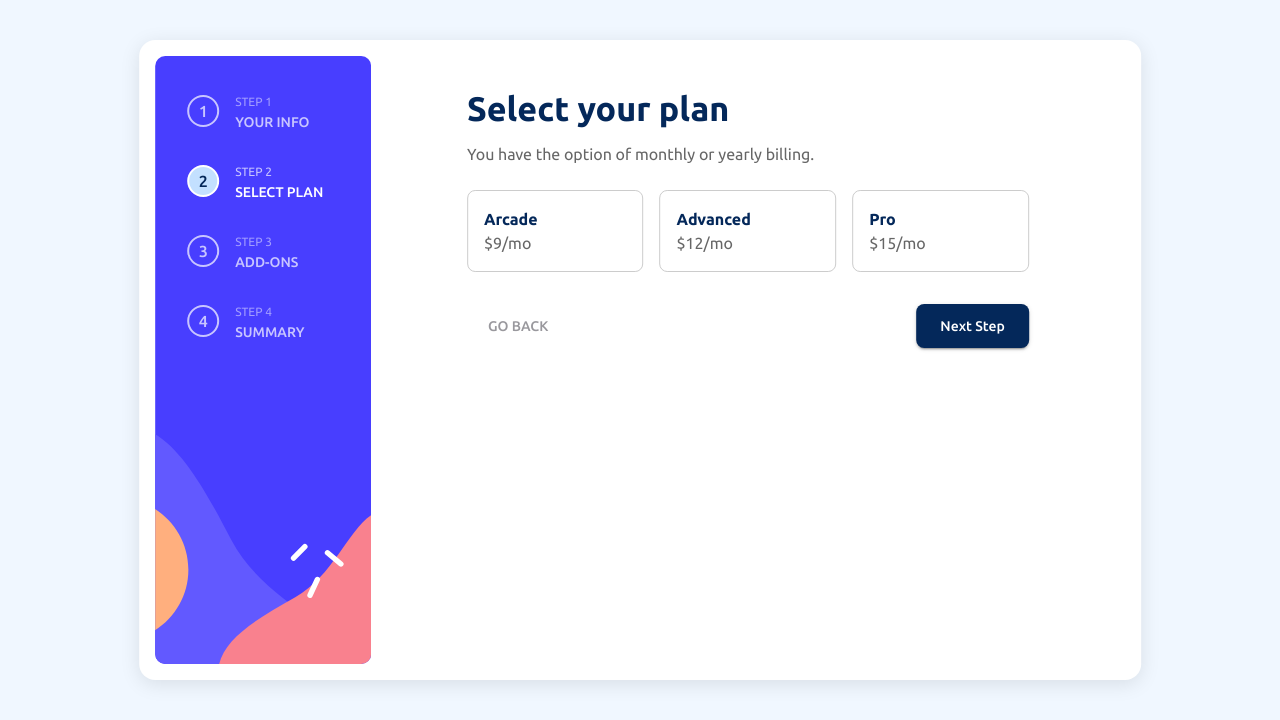
Repository: ozerrrs/chalange7days
Page: / (app in 7dayschalange/7dayschallange/), after clicking the first element matching `button.MuiButtonBase-root`
An editor plug-in stored every save of this project. The page is shown before and after the next save, followed by the edit.
The browser window is 1280 px wide. The pictures show the whole page.
The project was rebuilt for these pictures with package versions that can differ from the ones it lists, and the page was loaded fresh each time. Also part of the build but not shown: 7dayschalange/7dayschallange/vite.config.js.

Above is the page before, as saved 2025-03-05 15:27:03.

After the next save:
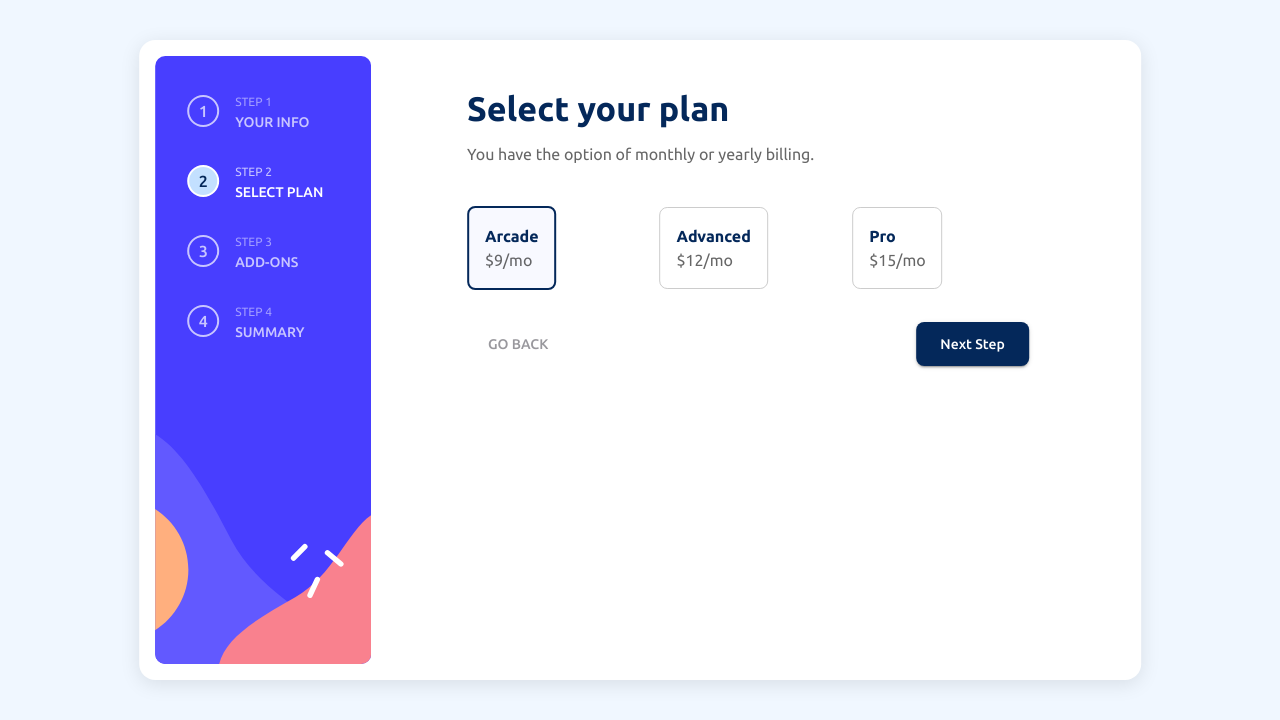
Saved 93 s later.
--- a/7dayschalange/7dayschallange/src/pages/firstPage.jsx
+++ b/7dayschalange/7dayschallange/src/pages/firstPage.jsx
@@ -11,6 +11,10 @@ import {
   Container,
   Grid,
   CssBaseline,
+  Radio,
+  RadioGroup,
+  FormControlLabel,
+  FormControl,
 } from "@mui/material";
 import { styled, ThemeProvider } from "@mui/material/styles";
 // Import the background image for the sidebar
@@ -61,6 +65,7 @@ const NextButton = styled(Button)(({ theme }) => ({
     backgroundColor: "#172b4d",
   },
 }));
+
 const StyledTextField = styled(TextField)(({ theme }) => ({
   marginBottom: theme.spacing(2),
   "& .MuiOutlinedInput-root": {
@@ -92,6 +97,20 @@ const StepItem = styled(Box)(({ theme, active }) => ({
   opacity: active ? 1 : 0.7,
 }));
 
+const PlanCard = styled(Box)(({ theme, selected }) => ({
+  padding: theme.spacing(2),
+  borderRadius: 8,
+  flex: 1,
+  border: selected ? "2px solid #04285a" : "1px solid #ccc",
+  backgroundColor: selected ? "#f8f9ff" : "transparent",
+  cursor: "pointer",
+  transition: "all 0.2s ease-in-out",
+  display: "flex",
+  "&:hover": {
+    borderColor: "#04285a",
+  },
+}));
+
 const steps = [
   { label: "YOUR INFO", description: "Personal details" },
   { label: "SELECT PLAN", description: "Choose your plan" },
@@ -105,6 +124,7 @@ function MultiStepForm() {
     name: "",
     email: "",
     phone: "",
+    plan: "arcade", // Default plan
   });
 
   const handleInputChange = (e) => {
@@ -112,6 +132,13 @@ function MultiStepForm() {
     setFormData({
       ...formData,
       [name]: value,
+    });
+  };
+
+  const handlePlanChange = (event) => {
+    setFormData({
+      ...formData,
+      plan: event.target.value,
     });
   };
 
@@ -197,52 +224,63 @@ function MultiStepForm() {
               You have the option of monthly or yearly billing.
             </Typography>
 
-            {/* Plan selection content will go here */}
-            <Box mt={3} sx={{ display: "flex", gap: 2 }}>
-              {/* Example plan cards would go here */}
-
-              <Box
-                sx={{
-                  p: 2,
-                  borderRadius: 2,
-                  flex: 1,
-                  border: "1px solid #ccc",
-                }}
+            <FormControl component="fieldset" sx={{ width: "100%", mt: 3 }}>
+              <RadioGroup
+                aria-label="plan"
+                name="plan"
+                value={formData.plan}
+                onChange={handlePlanChange}
+                sx={{ display: "flex", flexDirection: "row", gap: 2 }}
               >
-                <Typography fontWeight="bold" sx={{ color: "#04285a" }}>
-                  Arcade
-                </Typography>
-                <Typography color="textSecondary">$9/mo</Typography>
-              </Box>
-
-              <Box
-                sx={{
-                  p: 2,
-                  borderRadius: 2,
-                  flex: 1,
-                  border: "1px solid #ccc",
-                }}
-              >
-                <Typography fontWeight="bold" sx={{ color: "#04285a" }}>
-                  Advanced
-                </Typography>
-                <Typography color="textSecondary">$12/mo</Typography>
-              </Box>
-
-              <Box
-                sx={{
-                  p: 2,
-                  borderRadius: 2,
-                  flex: 1,
-                  border: "1px solid #ccc",
-                }}
-              >
-                <Typography fontWeight="bold" sx={{ color: "#04285a" }}>
-                  Pro
-                </Typography>
-                <Typography color="textSecondary">$15/mo</Typography>
-              </Box>
-            </Box>
+                <FormControlLabel
+                  value="arcade"
+                  control={<Radio sx={{ display: "none" }} />}
+                  label={
+                    <PlanCard selected={formData.plan === "arcade"}>
+                      <Box sx={{ width: "100%" }}>
+                        <Typography fontWeight="bold" sx={{ color: "#04285a" }}>
+                          Arcade
+                        </Typography>
+                        <Typography color="textSecondary">$9/mo</Typography>
+                      </Box>
+                    </PlanCard>
+                  }
+                  sx={{ margin: 0, flex: 1, width: "100%" }}
+                />
+
+                <FormControlLabel
+                  value="advanced"
+                  control={<Radio sx={{ display: "none" }} />}
+                  label={
+                    <PlanCard selected={formData.plan === "advanced"}>
+                      <Box sx={{ width: "100%" }}>
+                        <Typography fontWeight="bold" sx={{ color: "#04285a" }}>
+                          Advanced
+                        </Typography>
+                        <Typography color="textSecondary">$12/mo</Typography>
+                      </Box>
+                    </PlanCard>
+                  }
+                  sx={{ margin: 0, flex: 1, width: "100%" }}
+                />
+
+                <FormControlLabel
+                  value="pro"
+                  control={<Radio sx={{ display: "none" }} />}
+                  label={
+                    <PlanCard selected={formData.plan === "pro"}>
+                      <Box sx={{ width: "100%" }}>
+                        <Typography fontWeight="bold" sx={{ color: "#04285a" }}>
+                          Pro
+                        </Typography>
+                        <Typography color="textSecondary">$15/mo</Typography>
+                      </Box>
+                    </PlanCard>
+                  }
+                  sx={{ margin: 0, flex: 1, width: "100%" }}
+                />
+              </RadioGroup>
+            </FormControl>
           </Box>
         );
       case 2:
@@ -275,6 +313,12 @@ function MultiStepForm() {
             <Typography color="textSecondary" paragraph>
               Please confirm your selections.
             </Typography>
+            <Box sx={{ mt: 2, p: 2, bgcolor: "#f8f9ff", borderRadius: 2 }}>
+              <Typography fontWeight="bold" sx={{ color: "#04285a" }}>
+                Selected Plan:{" "}
+                {formData.plan.charAt(0).toUpperCase() + formData.plan.slice(1)}
+              </Typography>
+            </Box>
           </Box>
         );
       default:
